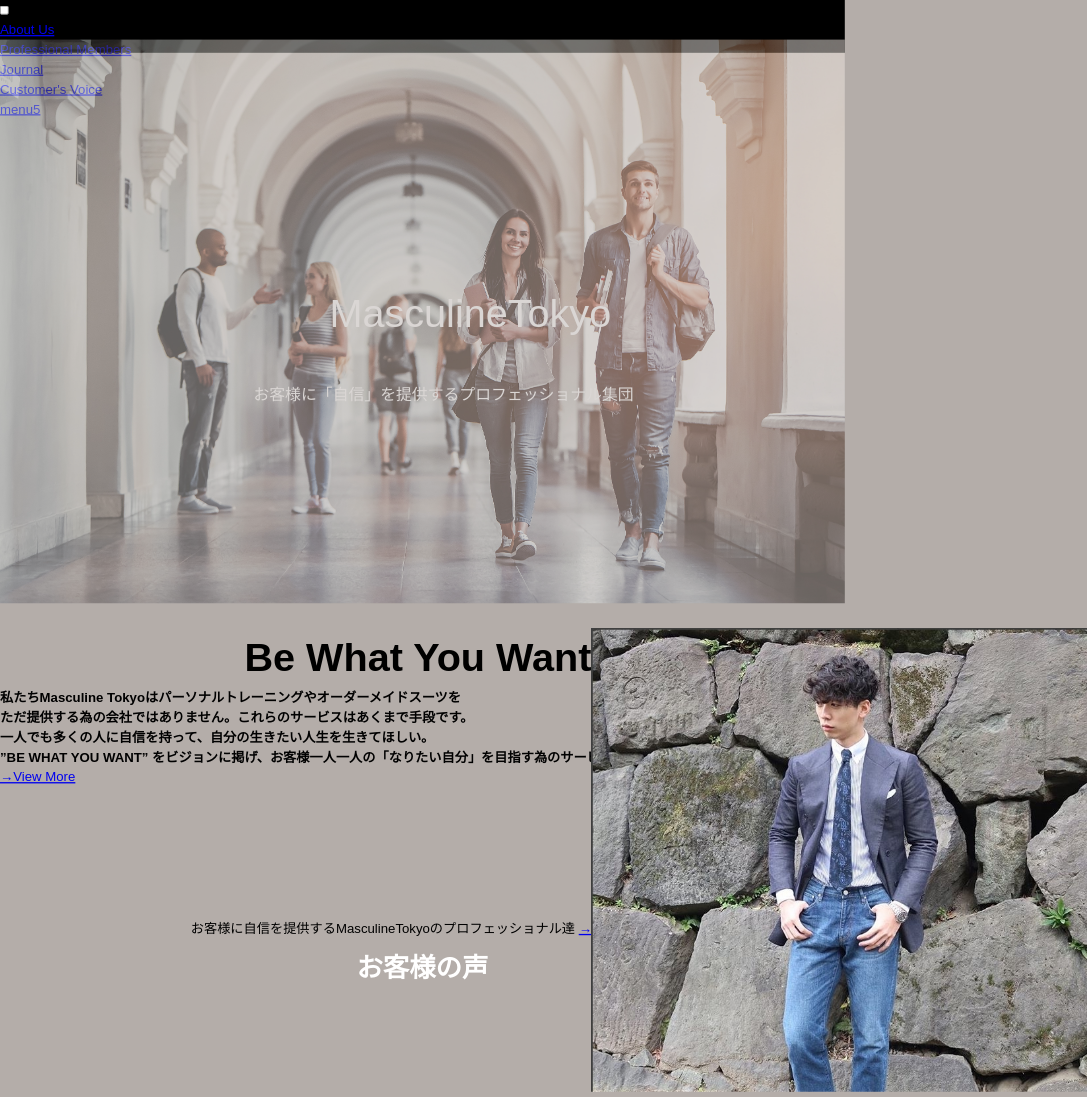
Repository: takumi-kojima0901/js.practice
Page: MasculineTokyo HP/MasculineTokyo.html
The author's editor kept a record of every edit. The page is drawn from the files as they stood at one moment, then again after the next edit.
The browser window is 1280 px wide. The page is 1647 px wide, so the pictures cover 1647 px, including what lies to the right of the window. The pictures show the whole page, at 66% of full size.

Above is the page before.

### MasculineTokyo HP/MasculineTokyo.html
<!DOCTYPE html>
<html>
  <head>
    <meta charset="UTF-8">
    <title>Masculine Tokyo～お客様に「自信」を提供するプロフェッショナル集団～</title>
     <link rel="Masculine stylesheet" href="Masculine stylesheet.css">
  </head>

  <!–メニューボタン作成*/–>
  <header>
  <div id="nav-drawer">
      <input id="nav-input" type="checkbox" class="nav-unshown">
      <label id="nav-open" for="nav-input"><span></span></label>
      <label class="nav-unshown" id="nav-close" for="nav-input"></label>
      <div id="nav-content">
		<ul>
		<li><a href="#">About Us</a></li>
		<li><a href="#">Professional Members</a></li>
		<li><a href="#">Journal</a></li>
		<li><a href="#">Customer's Voice</a></li>
		<li><a href="#">menu5</a></li>
		</ul>
      </div>
  </div>
</header>
  <!–メニューボタン作成終了*/–>

  <body>
      <body bgcolor="#DDDDDD">

　　　<div class="text-image">
  　　　　<img src="corridor.jpg" alt="文字の代替">
  　　　　<p>MasculineTokyo</p>
  　 　　<p2>お客様に「自信」を提供するプロフェッショナル集団</p2>
　　　</div>

     <div class="clearfix">
       <div class="text-box-BeWhatYouWant">
         <h1 class=Catch_Phrase> Be What You Want</h1>
         <h2 class=setumei> ～なりたい自分になる～</h2>
         <h3 class="text-mas1">
         私たちMasculine Tokyoはパーソナルトレーニングやオーダーメイドスーツを
         <br>ただ提供する為の会社ではありません。これらのサービスはあくまで手段です。<br>
        一人でも多くの人に自信を持って、自分の生きたい人生を生きてほしい。<br>
        ”BE WHAT YOU WANT” をビジョンに掲げ、お客様一人一人の「なりたい自分」を目指す為のサービスをブランドとして提供する会社です。

         </h3>
         <a href="#">
             →View More
         </a>
      </div>
        <div class="BeWhat">
              <img src="kasamatsu.jpg">
        </div>
     </div>

      <div class="members">
         <h2 class=Our_Members>
         Our Members
         </h2>
        <p class="text-mas1">
         お客様に自信を提供するMasculineTokyoのプロフェッショナル達

        <a href="#">
            →View More
        </a>
      </div>

     <div class="case">
         <h1 class=costomer>お客様の声<h2>





  </body>
</html>

### MasculineTokyo HP/Masculine stylesheet.css
@charset "utf-8";

body {
	margin: 0;
	padding: 0;
	font-family: "ヒラギノ角ゴ Pro W3", "Hiragino Kaku Gothic Pro", "メイリオ", Meiryo, Osaka, "ＭＳ Ｐゴシック", "MS PGothic", sans-serif;
	color: #333;
	font-size: 20px;
	line-height: 150%;
}

/*ここからはメニューボタンの装飾*/

* {
  margin: 0;
  padding: 0;
  }
body {
  background: #b4ada9;
}
header {
  position: fixed;
  width: 100%;
  height: 80px;
  background: #000000;
}
#nav{
  position: absolute;
  height: 100vh;
  width: 40%;
  left: -40%;
  top: 0;
  background: #ffffff;
  transition: .7s;
}
#nav ul{
  padding-top: 80px;
}
#nav ul li{
  list-style-type: none;
  font-size: 20px;
}
#nav a{
  display: block;
  text-decoration: none;
  color: #000000;
  margin: 0 15px;
  padding: 10px;
  transition: .5s;
}
#nav li a:hover{
  color: #ffffff;
  background: #cd5c5c;
  border-bottom: none;
}
#hamburger {
  display: block;
  position: absolute;
  top: 20px;
  left: 30px;
  width: 50px;
  height: 44px;
  cursor: pointer;
  transition: 1s;
}
.inner_line {
  display: block;
  position: absolute;
  left: 0;
  width: 50px;
  height: 3px;
  background-color: #ffffff;
  transition: 1s;
  border-radius: 4px;
}
#line1 {
  top: 0;
}
#line2 {
  top: 20px;
}
#line3 {
  bottom: 0px;
}
h1, h2 {
  text-align: center;
  line-height: 90px;
  color: #ffffff;
}
h2 {
  display: none;
}
p {
  padding-top: 200px;
  text-align: center;
}
.in{
  transform: translateX(100%);
}
.line_1,.line_2,.line_3{
  background: #000000;
}
.line_1 {
  transform: translateY(20px) rotate(-45deg);
  top: 0;
}
.line_2 {
  opacity: 0;
}
.line_3 {
  transform: translateY(-20px) rotate(45deg);
  bottom: 0;
}

@media screen and (max-width: 480px) {
  #nav ul li {
    font-size: 14px;
  }
  h1 {
    display: none;
  }
  h2 {
    display: block;
    font-size: 14px;
  }
}

/*ここまでメニューボタンの装飾*/

.text-image {
  position: relative;
  width: 100%;
  opacity: 0.5;
}

.text-image img {
  width: 100%;
}


.text-image p {
  position: absolute;
  top: 25%;
  font-size: 60px;
  color: #ffffff;
  text-align: center;
  left: 39%
}

.text-image p2 {
  position: absolute;
  top: 60%;
  font-size: 24px;
  color: #ffffff;
  text-align: center;
  left: 30%
}

.clearfix::after {
   content: "";
   display: block;
   clear: both;
}

.text-box-BeWhatYouWant {
 float: left;
}

.Catch_Phrase {
	color: black;
	font-size: 60px;
}

.setumei {
  color: black;
	font-size: 36px;
}

.text-mas1 {
  color: black;
	font-size: 20px;
}


.BeWhat {            /*1枚目の写真*/
  position:absolute;
	right:10%;
  width:20% ;
  float: left;
  }


/* "#" で始まる内部リンク */
a[href="#1"] {
		background-color: gold;
}

a[href="#2"] {
		background-color: gold;
}

.Our_Members {
	color: black;
	font-size: 60px;
	text-align: right ;
	position:absolute;
	right:10%;
}

After the next edit:
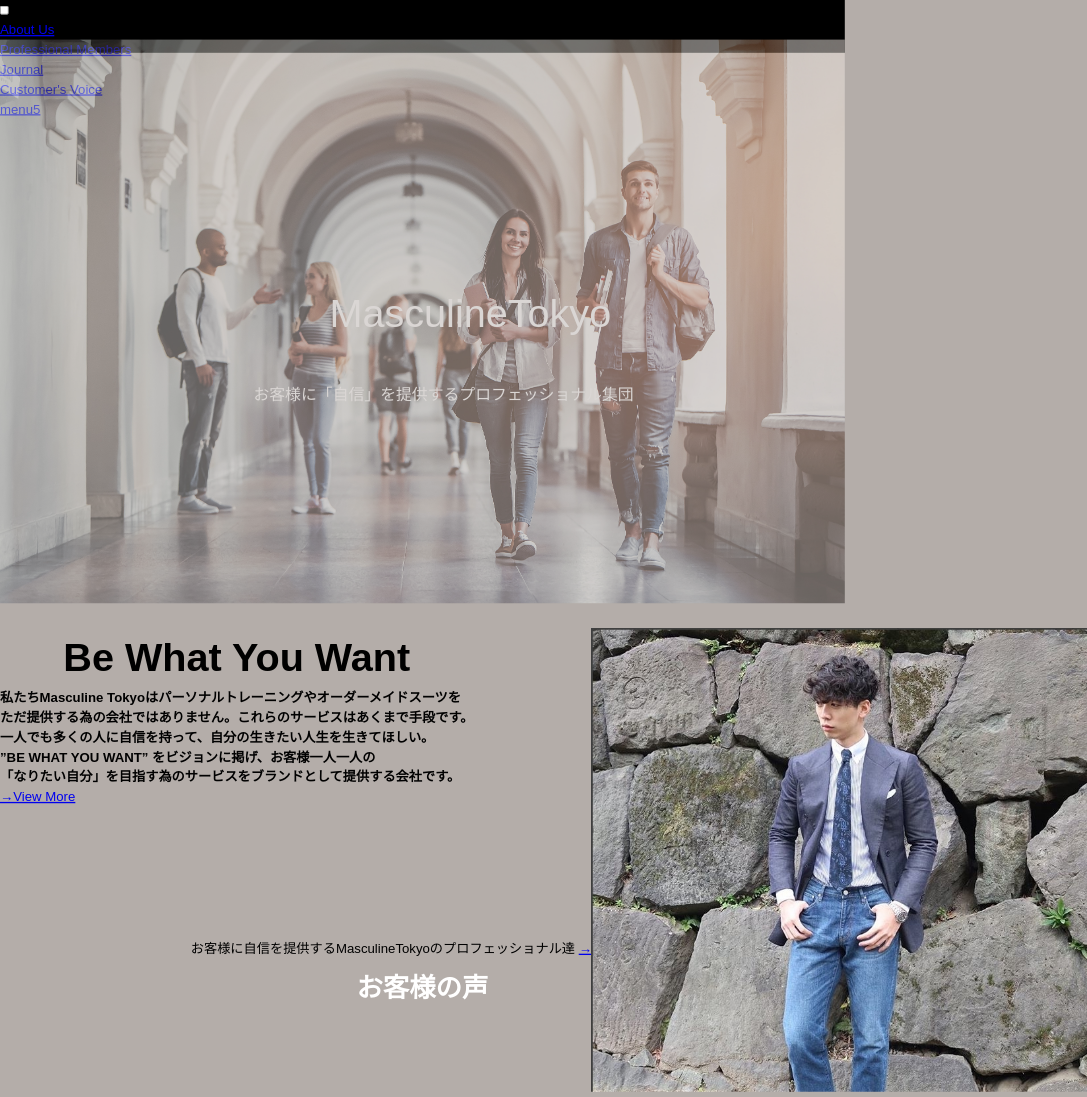
The edit:
--- a/MasculineTokyo HP/MasculineTokyo.html
+++ b/MasculineTokyo HP/MasculineTokyo.html
@@ -42,7 +42,8 @@
          私たちMasculine Tokyoはパーソナルトレーニングやオーダーメイドスーツを
          <br>ただ提供する為の会社ではありません。これらのサービスはあくまで手段です。<br>
         一人でも多くの人に自信を持って、自分の生きたい人生を生きてほしい。<br>
-        ”BE WHAT YOU WANT” をビジョンに掲げ、お客様一人一人の「なりたい自分」を目指す為のサービスをブランドとして提供する会社です。
+        ”BE WHAT YOU WANT” をビジョンに掲げ、お客様一人一人の<br>
+        「なりたい自分」を目指す為のサービスをブランドとして提供する会社です。
 
          </h3>
          <a href="#">
